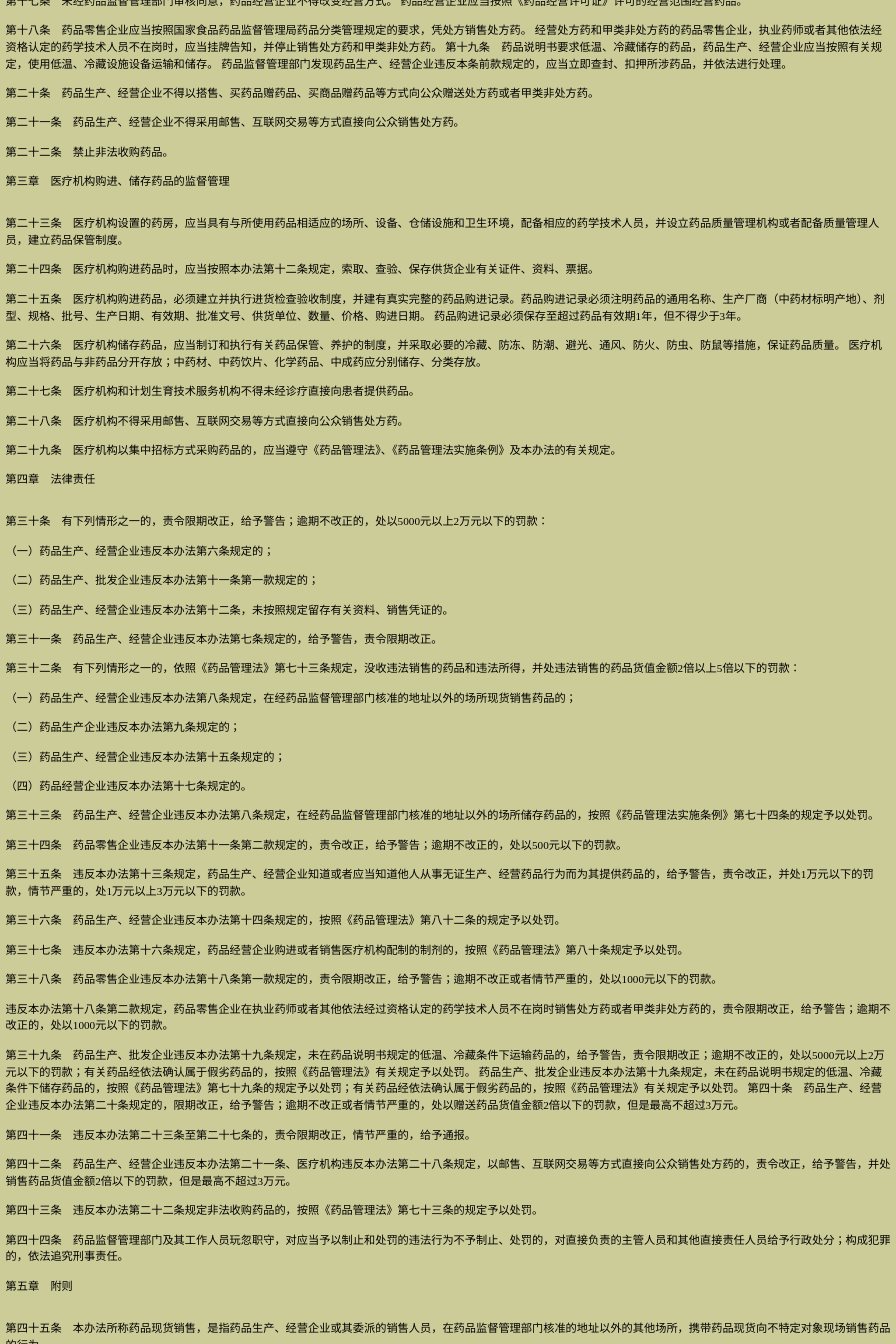
Repository: Shaoxubao/Java
Page: http://localhost/msm/jsp/rule/rules.jsp
The author's editor kept a copy of each file at every save. The page is drawn from the files as they stood at one save, then again after the next save.
The browser window is 1280 px wide. The pictures show the part of the page from y = 1072 to 2992 px (the page is 3137 px tall before and 3182 px after), at 70% of full size.
The page is served by Tomcat 9. Nobody is signed in. The application's start-up code is not run. Other server files are loaded and not shown.

Above is the page before, as saved 2015-06-13 17:58:48.

### msm/WebContent/jsp/rule/rules.jsp
<%@ page language="java" contentType="text/html; charset=UTF-8"
    pageEncoding="UTF-8"%>
<!DOCTYPE html>
<html>
<head>
<meta http-equiv="Content-Type" content="text/html; charset=UTF-8">
<title>Insert title here</title>
</head>
<body bgcolor="#CCCC99">
<h3>第一章　总则</h3><br>

第一条　为加强药品监督管理，规范药品流通秩序，保证药品质量，根据《中华人民共和国药品管理法》（以下简称《药品管理法》）、《中华人民共和国药品管理法实施条例》（以下简称《药品管理法实施条例》）和有关法律、法规的规定，制定本办法。<br><br>
第二条　在中华人民共和国境内从事药品购销及监督管理的单位或者个人，应当遵守本办法。<br><br>
第三条　药品生产、经营企业、医疗机构应当对其生产、经营、使用的药品质量负责。
药品生产、经营企业在确保药品质量安全的前提下，应当适应现代药品流通发展方向，进行改革和创新。<br><br>
第四条　药品监督管理部门鼓励个人和组织对药品流通实施社会监督。对违反本办法的行为，任何个人和组织都有权向药品监督管理部门举报和控告。<br><br>
<h3>第二章 药品生产、经营企业购销的监督管理</h3><br>

第五条　药品生产、经营企业对其药品购销行为负责，对其销售人员或设立的办事机构以本企业名义从事的药品购销行为承担法律责任。<br><br>
第六条　药品生产、经营企业应当对其购销人员进行药品相关的法律、法规和专业知识培训，建立培训档案，培训档案中应当记录培训时间、地点、内容及接受培训的人员。<br><br>
第七条　药品生产、经营企业应当加强对药品销售人员的管理，并对其销售行为作出具体规定。<br><br>
第八条　药品生产、经营企业不得在经药品监督管理部门核准的地址以外的场所储存或者现货销售药品。<br><br>
第九条　药品生产企业只能销售本企业生产的药品，不得销售本企业受委托生产的或者他人生产的药品。<br><br>
第十条　药品生产企业、药品批发企业销售药品时，应当提供下列资料：<br><br>
（一）加盖本企业原印章的《药品生产许可证》或《药品经营许可证》和营业执照的复印件；<br><br>
（二）加盖本企业原印章的所销售药品的批准证明文件复印件；<br><br>
（三）销售进口药品的，按照国家有关规定提供相关证明文件。<br><br>
第十一条　药品生产企业、药品批发企业销售药品时，应当开具标明供货单位名称、药品名称、生产厂商、批号、数量、价格等内容的销售凭证。
药品零售企业销售药品时，应当开具标明药品名称、生产厂商、数量、价格、批号等内容的销售凭证。<br><br>
第十二条　药品生产、经营企业采购药品时，应按本办法第十条规定索取、查验、留存供货企业有关证件、资料，按本办法第十一条规定索取、留存销售凭证。
药品生产、经营企业按照本条前款规定留存的资料和销售凭证，应当保存至超过药品有效期1年，但不得少于3年。<br><br>
第十三条　药品生产、经营企业知道或者应当知道他人从事无证生产、经营药品行为的，不得为其提供药品。<br><br>
第十四条　药品生产、经营企业不得为他人以本企业的名义经营药品提供场所，或者资质证明文件，或者票据等便利条件。<br><br>
第十五条　药品生产、经营企业不得以展示会、博览会、交易会、订货会、产品宣传会等方式现货销售药品。<br><br>
第十六条　药品经营企业不得购进和销售医疗机构配制的制剂。<br><br>
第十七条　未经药品监督管理部门审核同意，药品经营企业不得改变经营方式。
药品经营企业应当按照《药品经营许可证》许可的经营范围经营药品。<br><br>
第十八条　药品零售企业应当按照国家食品药品监督管理局药品分类管理规定的要求，凭处方销售处方药。
经营处方药和甲类非处方药的药品零售企业，执业药师或者其他依法经资格认定的药学技术人员不在岗时，应当挂牌告知，并停止销售处方药和甲类非处方药。
第十九条　药品说明书要求低温、冷藏储存的药品，药品生产、经营企业应当按照有关规定，使用低温、冷藏设施设备运输和储存。
药品监督管理部门发现药品生产、经营企业违反本条前款规定的，应当立即查封、扣押所涉药品，并依法进行处理。<br><br>
第二十条　药品生产、经营企业不得以搭售、买药品赠药品、买商品赠药品等方式向公众赠送处方药或者甲类非处方药。<br><br>
第二十一条　药品生产、经营企业不得采用邮售、互联网交易等方式直接向公众销售处方药。<br><br>
第二十二条　禁止非法收购药品。<br><br>
第三章　医疗机构购进、储存药品的监督管理<br><br><br>

第二十三条　医疗机构设置的药房，应当具有与所使用药品相适应的场所、设备、仓储设施和卫生环境，配备相应的药学技术人员，并设立药品质量管理机构或者配备质量管理人员，建立药品保管制度。<br><br>
第二十四条　医疗机构购进药品时，应当按照本办法第十二条规定，索取、查验、保存供货企业有关证件、资料、票据。<br><br>
第二十五条　医疗机构购进药品，必须建立并执行进货检查验收制度，并建有真实完整的药品购进记录。药品购进记录必须注明药品的通用名称、生产厂商（中药材标明产地）、剂型、规格、批号、生产日期、有效期、批准文号、供货单位、数量、价格、购进日期。
药品购进记录必须保存至超过药品有效期1年，但不得少于3年。<br><br>
第二十六条　医疗机构储存药品，应当制订和执行有关药品保管、养护的制度，并采取必要的冷藏、防冻、防潮、避光、通风、防火、防虫、防鼠等措施，保证药品质量。
医疗机构应当将药品与非药品分开存放；中药材、中药饮片、化学药品、中成药应分别储存、分类存放。<br><br>
第二十七条　医疗机构和计划生育技术服务机构不得未经诊疗直接向患者提供药品。<br><br>
第二十八条　医疗机构不得采用邮售、互联网交易等方式直接向公众销售处方药。<br><br>
第二十九条　医疗机构以集中招标方式采购药品的，应当遵守《药品管理法》、《药品管理法实施条例》及本办法的有关规定。<br><br>
第四章　法律责任<br><br><br>

第三十条　有下列情形之一的，责令限期改正，给予警告；逾期不改正的，处以5000元以上2万元以下的罚款：<br><br>
（一）药品生产、经营企业违反本办法第六条规定的；<br><br>
（二）药品生产、批发企业违反本办法第十一条第一款规定的；<br><br>
（三）药品生产、经营企业违反本办法第十二条，未按照规定留存有关资料、销售凭证的。<br><br>
第三十一条　药品生产、经营企业违反本办法第七条规定的，给予警告，责令限期改正。<br><br>
第三十二条　有下列情形之一的，依照《药品管理法》第七十三条规定，没收违法销售的药品和违法所得，并处违法销售的药品货值金额2倍以上5倍以下的罚款：<br><br>
（一）药品生产、经营企业违反本办法第八条规定，在经药品监督管理部门核准的地址以外的场所现货销售药品的；<br><br>
（二）药品生产企业违反本办法第九条规定的；<br><br>
（三）药品生产、经营企业违反本办法第十五条规定的；<br><br>
（四）药品经营企业违反本办法第十七条规定的。<br><br>
第三十三条　药品生产、经营企业违反本办法第八条规定，在经药品监督管理部门核准的地址以外的场所储存药品的，按照《药品管理法实施条例》第七十四条的规定予以处罚。<br><br>
第三十四条　药品零售企业违反本办法第十一条第二款规定的，责令改正，给予警告；逾期不改正的，处以500元以下的罚款。<br><br>
第三十五条　违反本办法第十三条规定，药品生产、经营企业知道或者应当知道他人从事无证生产、经营药品行为而为其提供药品的，给予警告，责令改正，并处1万元以下的罚款，情节严重的，处1万元以上3万元以下的罚款。<br><br>
第三十六条　药品生产、经营企业违反本办法第十四条规定的，按照《药品管理法》第八十二条的规定予以处罚。<br><br>
第三十七条　违反本办法第十六条规定，药品经营企业购进或者销售医疗机构配制的制剂的，按照《药品管理法》第八十条规定予以处罚。<br><br>
第三十八条　药品零售企业违反本办法第十八条第一款规定的，责令限期改正，给予警告；逾期不改正或者情节严重的，处以1000元以下的罚款。<br><br>
违反本办法第十八条第二款规定，药品零售企业在执业药师或者其他依法经过资格认定的药学技术人员不在岗时销售处方药或者甲类非处方药的，责令限期改正，给予警告；逾期不改正的，处以1000元以下的罚款。<br><br>
第三十九条　药品生产、批发企业违反本办法第十九条规定，未在药品说明书规定的低温、冷藏条件下运输药品的，给予警告，责令限期改正；逾期不改正的，处以5000元以上2万元以下的罚款；有关药品经依法确认属于假劣药品的，按照《药品管理法》有关规定予以处罚。
药品生产、批发企业违反本办法第十九条规定，未在药品说明书规定的低温、冷藏条件下储存药品的，按照《药品管理法》第七十九条的规定予以处罚；有关药品经依法确认属于假劣药品的，按照《药品管理法》有关规定予以处罚。
第四十条　药品生产、经营企业违反本办法第二十条规定的，限期改正，给予警告；逾期不改正或者情节严重的，处以赠送药品货值金额2倍以下的罚款，但是最高不超过3万元。<br><br>
第四十一条　违反本办法第二十三条至第二十七条的，责令限期改正，情节严重的，给予通报。<br><br>
第四十二条　药品生产、经营企业违反本办法第二十一条、医疗机构违反本办法第二十八条规定，以邮售、互联网交易等方式直接向公众销售处方药的，责令改正，给予警告，并处销售药品货值金额2倍以下的罚款，但是最高不超过3万元。<br><br>
第四十三条　违反本办法第二十二条规定非法收购药品的，按照《药品管理法》第七十三条的规定予以处罚。<br><br>
第四十四条　药品监督管理部门及其工作人员玩忽职守，对应当予以制止和处罚的违法行为不予制止、处罚的，对直接负责的主管人员和其他直接责任人员给予行政处分；构成犯罪的，依法追究刑事责任。<br><br>
第五章　附则<br><br><br>

第四十五条　本办法所称药品现货销售，是指药品生产、经营企业或其委派的销售人员，在药品监督管理部门核准的地址以外的其他场所，携带药品现货向不特定对象现场销售药品的行为。<br><br>
第四十六条　实行特殊管理的药品、疫苗、军队用药品的流通监督管理，有关法律、法规、规章另有规定的，从其规定。<br><br>
第四十七条　本办法自2007年5月1日起施行。自本办法施行之日起，1999年8月1日实施的国家药品监督管理局《药品流通监督管理办法（暂行）》（国家药品监督管理局第7号令）同时废止。<br><br>
</body>
</html>

After the next save:
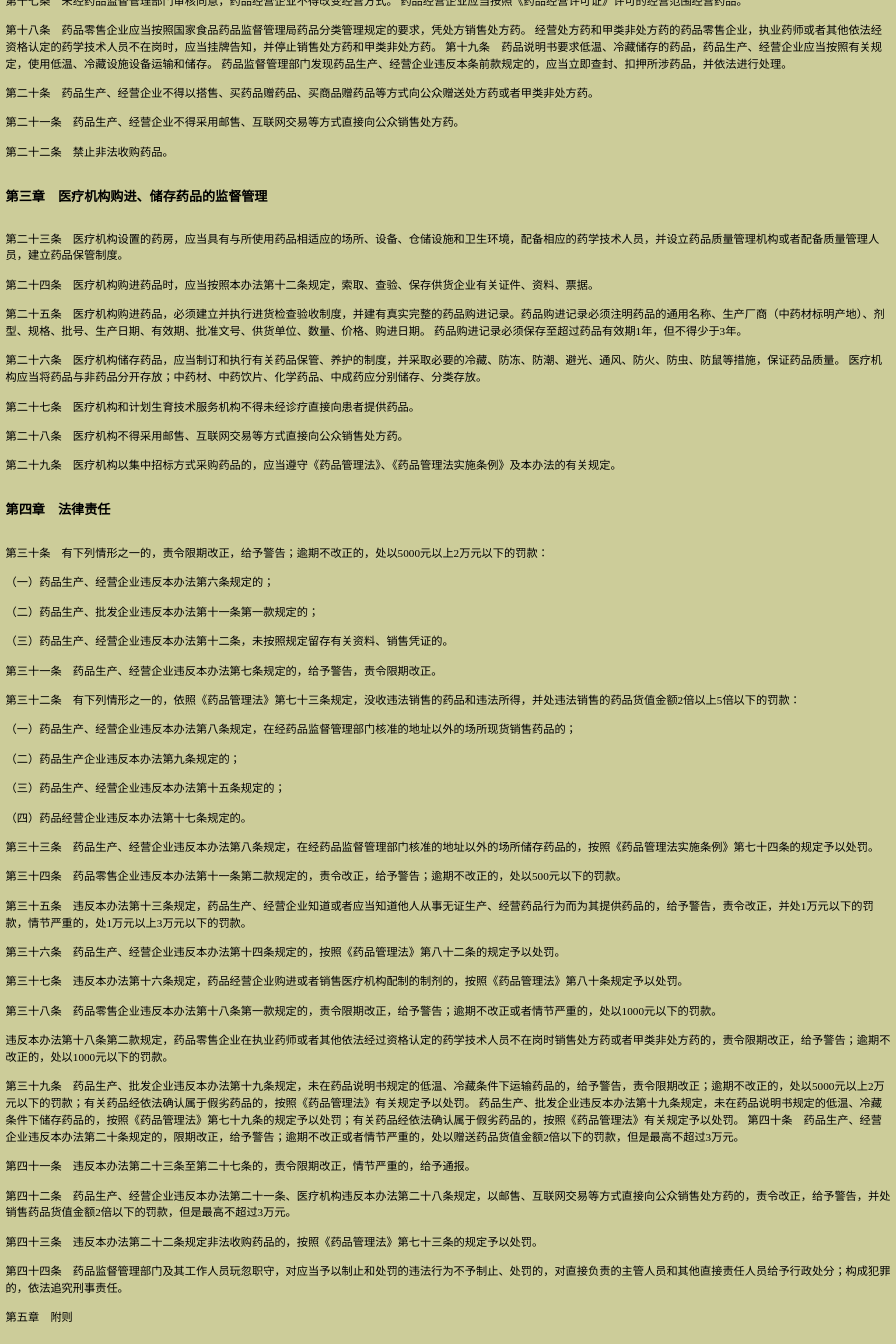
Saved 27 s later.
--- a/msm/WebContent/jsp/rule/rules.jsp
+++ b/msm/WebContent/jsp/rule/rules.jsp
@@ -42,7 +42,7 @@
 第二十条　药品生产、经营企业不得以搭售、买药品赠药品、买商品赠药品等方式向公众赠送处方药或者甲类非处方药。<br><br>
 第二十一条　药品生产、经营企业不得采用邮售、互联网交易等方式直接向公众销售处方药。<br><br>
 第二十二条　禁止非法收购药品。<br><br>
-第三章　医疗机构购进、储存药品的监督管理<br><br><br>
+<h3>第三章　医疗机构购进、储存药品的监督管理</h3><br>
 
 第二十三条　医疗机构设置的药房，应当具有与所使用药品相适应的场所、设备、仓储设施和卫生环境，配备相应的药学技术人员，并设立药品质量管理机构或者配备质量管理人员，建立药品保管制度。<br><br>
 第二十四条　医疗机构购进药品时，应当按照本办法第十二条规定，索取、查验、保存供货企业有关证件、资料、票据。<br><br>
@@ -53,7 +53,7 @@
 第二十七条　医疗机构和计划生育技术服务机构不得未经诊疗直接向患者提供药品。<br><br>
 第二十八条　医疗机构不得采用邮售、互联网交易等方式直接向公众销售处方药。<br><br>
 第二十九条　医疗机构以集中招标方式采购药品的，应当遵守《药品管理法》、《药品管理法实施条例》及本办法的有关规定。<br><br>
-第四章　法律责任<br><br><br>
+<h3>第四章　法律责任</h3><br>
 
 第三十条　有下列情形之一的，责令限期改正，给予警告；逾期不改正的，处以5000元以上2万元以下的罚款：<br><br>
 （一）药品生产、经营企业违反本办法第六条规定的；<br><br>
